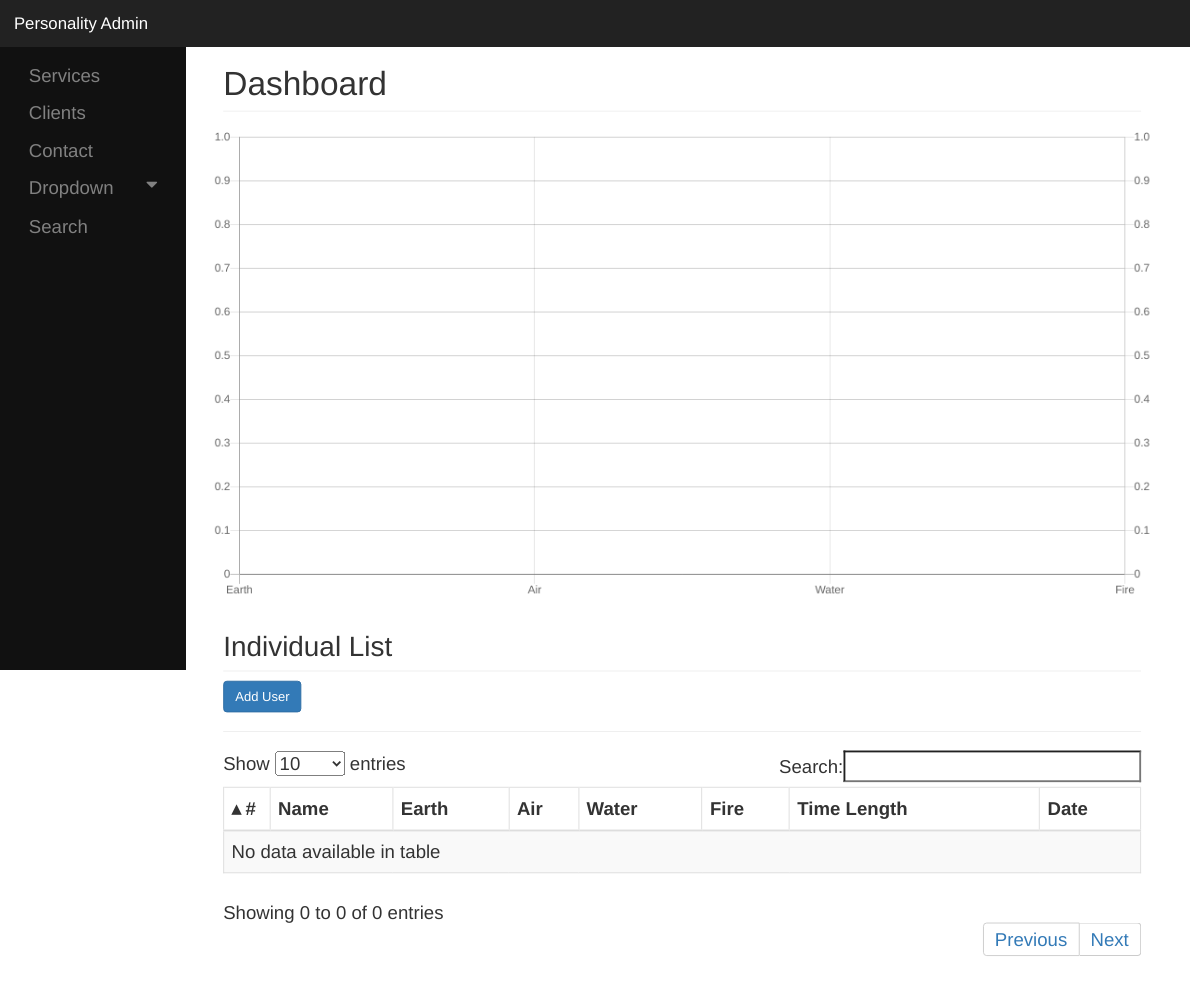
Repository: joroni/personality_test
Page: dashboard/index.html
An editor plug-in stored every save of this project. The page is shown before and after the next save, followed by the edit.
The browser window is 1280 px wide. The pictures show the whole page, at 93% of full size.

Above is the page before, as saved 2020-09-26 01:36:25.

After the next save:
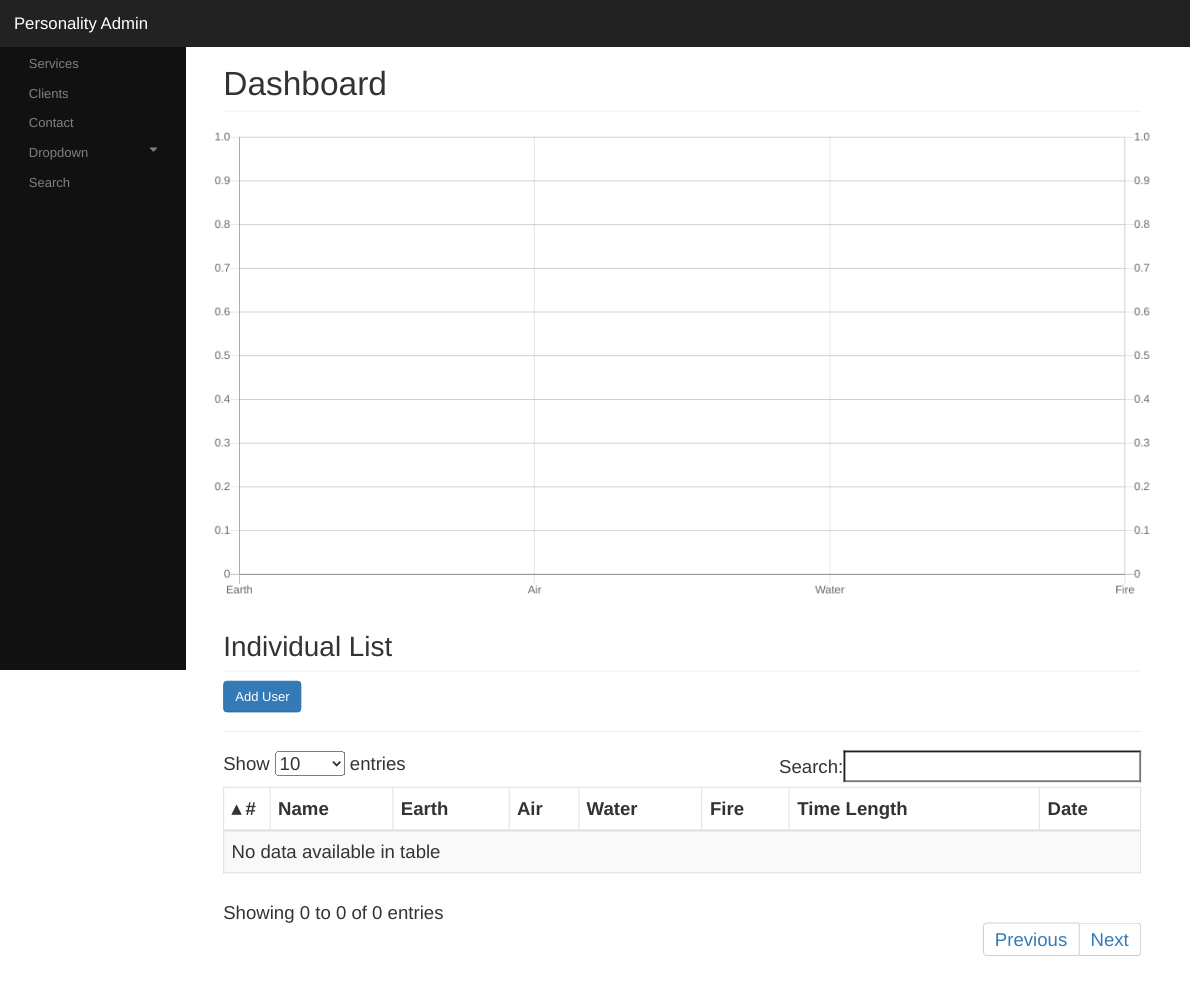
Saved 2 min 4 s later.
--- a/dashboard/css/style.css
+++ b/dashboard/css/style.css
@@ -15,7 +15,7 @@
   .sidenav a, .dropdown-btn {
     padding: 6px 8px 6px 16px;
     text-decoration: none;
-    font-size: 20px;
+    font-size: 14px;
     color: #818181;
     display: block;
     border: none;
